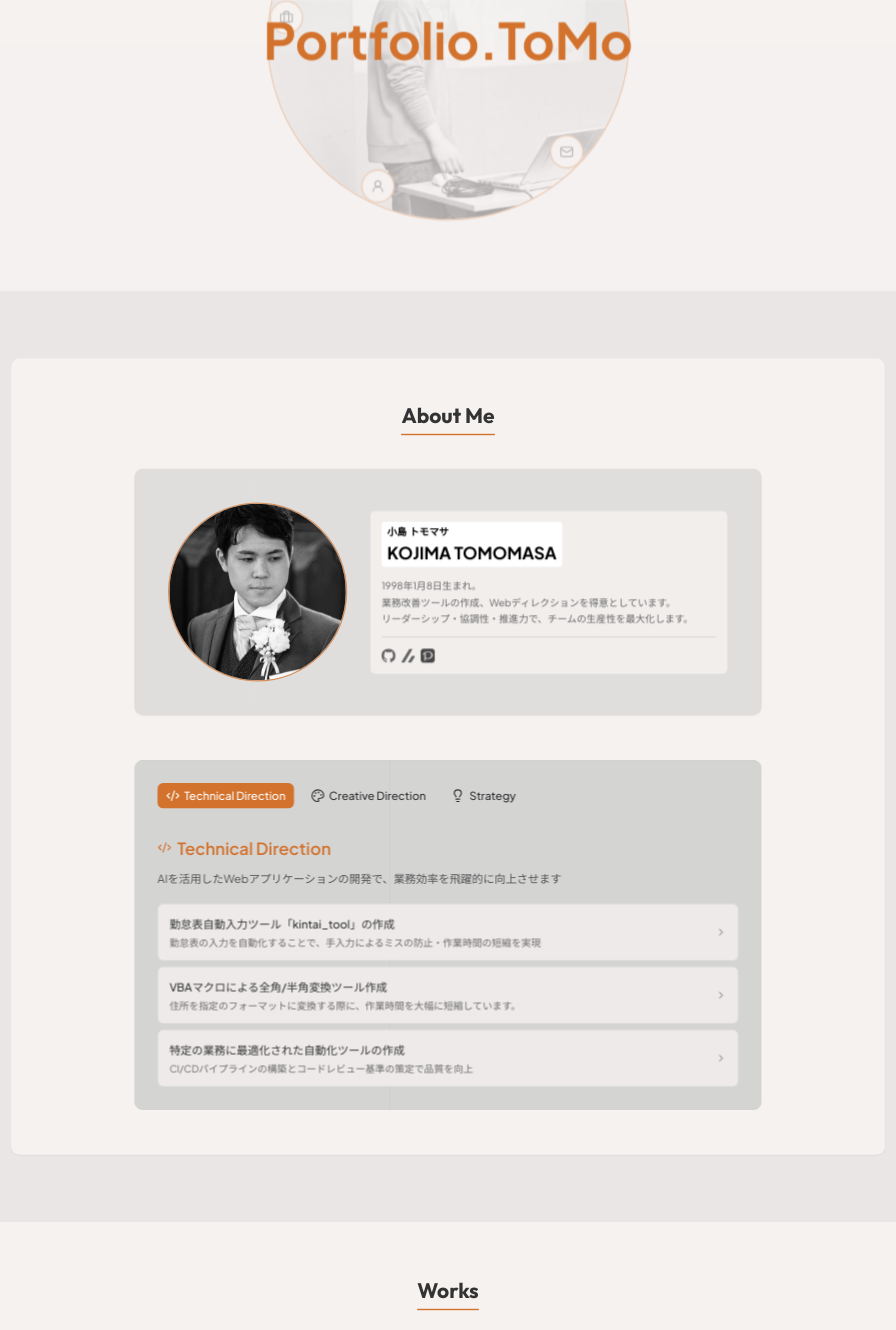
Repository: Tomo0108/portfolio_dot_tomo
Page: /
These files come from the project's save history. The page is drawn as it stood at one moment and after the next save; the edit follows.
The browser window is 1280 px wide. The pictures show the part of the page from y = 304 to 2204 px (the page is 3996 px tall before and 3976 px after), at 70% of full size.
Pictures or frames that could not be fetched are drawn as grey boxes. The page's requests for data from a server got no answer. The project was rebuilt for these pictures with package versions that can differ from the ones it lists, and the page was loaded fresh each time. The framework's server and built-in components were replaced by stand-ins that run in the browser. No one was signed in, and anything a server would have sent is missing. Also part of the build but not shown: next.config.js, components/loading-spinner.tsx.

Above is the page before, as saved 2025-03-23 16:42:23.

### app/layout.tsx
import './globals.css';
import type { Metadata } from 'next';
import { Outfit, Plus_Jakarta_Sans } from 'next/font/google';
import { ThemeProvider } from '@/components/theme-provider';
import { Toaster } from '@/components/ui/sonner';
import { Navigation } from '@/components/navigation';
import { Footer } from '@/components/footer';
import { cn } from '@/lib/utils';

const outfit = Outfit({
  subsets: ['latin'],
  variable: '--font-outfit',
});

const plusJakartaSans = Plus_Jakarta_Sans({
  subsets: ['latin'],
  variable: '--font-plus-jakarta-sans',
});

export const metadata: Metadata = {
  title: 'Portfolio | Tomo',
  description: 'Welcome to my portfolio website.',
};

export default function RootLayout({
  children,
}: {
  children: React.ReactNode;
}) {
  return (
    <html lang="en" suppressHydrationWarning>
      <body className={cn(
        outfit.variable,
        plusJakartaSans.variable,
        'min-h-screen bg-background font-sans antialiased'
      )}>
        <ThemeProvider
          attribute="class"
          defaultTheme="system"
          enableSystem
          disableTransitionOnChange
        >
          <Navigation />
          {children}
          <Footer />
          <Toaster />
        </ThemeProvider>
      </body>
    </html>
  );
}

### app/page.tsx
import { Suspense } from 'react';
import { Hero } from '@/components/sections/hero';
import { About } from '@/components/sections/about';
import { Works } from '@/components/sections/works';
import { ZennArticlesLoader } from '@/components/sections/zenn-articles-loader';
import { Gallery } from '@/components/sections/gallery';
import { Contact } from '@/components/sections/contact';
import { LoadingSpinner } from '@/components/loading-spinner';

export default function Home() {
  return (
    <div className="w-full">
      <Hero />
      <About />
      <Suspense fallback={<LoadingSpinner />}>
        <Works />
      </Suspense>
      <Suspense fallback={<LoadingSpinner />}>
        <ZennArticlesLoader />
      </Suspense>
      <Suspense fallback={<LoadingSpinner />}>
        <Gallery />
      </Suspense>
      <Contact />
    </div>
  );
}

### components/ui/sonner.tsx
'use client';

import { useTheme } from 'next-themes';
import { Toaster as Sonner } from 'sonner';

type ToasterProps = React.ComponentProps<typeof Sonner>;

const Toaster = ({ ...props }: ToasterProps) => {
  const { theme = 'system' } = useTheme();

  return (
    <Sonner
      theme={theme as ToasterProps['theme']}
      className="toaster group"
      toastOptions={{
        classNames: {
          toast:
            'group toast group-[.toaster]:bg-background group-[.toaster]:text-foreground group-[.toaster]:border-border group-[.toaster]:shadow-lg',
          description: 'group-[.toast]:text-muted-foreground',
          actionButton:
            'group-[.toast]:bg-primary group-[.toast]:text-primary-foreground',
          cancelButton:
            'group-[.toast]:bg-muted group-[.toast]:text-muted-foreground',
        },
      }}
      {...props}
    />
  );
};

export { Toaster };

### components/sections/hero.tsx
"use client";

import { motion } from 'framer-motion';
import { RotatingNav } from '../rotating-nav';

export function Hero() {
  return (
    <section className="section-hero min-h-screen flex items-center justify-center relative bg-background/80 overflow-hidden">
      <div className="relative w-[90vh] h-[90vh] max-w-[90vw] max-h-[90vw] mx-auto backdrop-blur-sm">
        <div className="absolute inset-0 flex items-center justify-center">
          <motion.div
            className="text-center space-y-8 hero-text transition-opacity duration-300 [.nav-paused_&]:opacity-50 relative z-20"
            initial={{ opacity: 0, scale: 0.9 }}
            animate={{ opacity: 1, scale: 1 }}
            transition={{ duration: 0.5 }}
          >
            <h1 className="heading-hero text-5xl md:text-6xl lg:text-7xl font-bold leading-tight">
              <span className="text-primary">Portfolio.ToMo</span>
            </h1>
          </motion.div>
        </div>
        <RotatingNav />
      </div>
    </section>
  );
}

### components/sections/zenn-articles-loader.tsx
import { fetchZennArticles } from '@/lib/zenn';
import { ZennArticles } from './zenn-articles';

export async function ZennArticlesLoader() {
  try {
    const articles = await fetchZennArticles('tomo0108');
    return <ZennArticles articles={articles} />;
  } catch (error) {
    console.error('Failed to load Zenn articles:', error);
    return <ZennArticles articles={[]} />;
  }
}

### components/sections/contact.tsx
"use client";

import { motion } from 'framer-motion';
import { Mail, MessageSquare, Send } from 'lucide-react';
import { Button } from '@/components/ui/button';
import { Input } from '@/components/ui/input';
import { Textarea } from '@/components/ui/textarea';
import { toast } from 'sonner';

export function Contact() {
  const handleSubmit = (e: React.FormEvent) => {
    e.preventDefault();
    toast.success('メッセージを送信しました！');
  };

  return (
    <section id="contact" className="py-20 bg-muted/50">
      <div className="container mx-auto px-4">
        <motion.div
          initial={{ opacity: 0, y: 20 }}
          whileInView={{ opacity: 1, y: 0 }}
          viewport={{ once: true }}
          transition={{ duration: 0.8 }}
          className="max-w-2xl mx-auto"
        >
          <h2 className="text-3xl font-bold text-center mb-12">Contact</h2>
          <form onSubmit={handleSubmit} className="space-y-6">
            <div>
              <label htmlFor="email" className="block text-sm font-medium mb-2">
                メールアドレス
              </label>
              <div className="relative">
                <Mail className="absolute left-3 top-3 h-5 w-5 text-muted-foreground" />
                <Input
                  id="email"
                  type="email"
                  placeholder="your@email.com"
                  className="pl-10"
                  required
                />
              </div>
            </div>
            <div>
              <label htmlFor="message" className="block text-sm font-medium mb-2">
                メッセージ
              </label>
              <div className="relative">
                <MessageSquare className="absolute left-3 top-3 h-5 w-5 text-muted-foreground" />
                <Textarea
                  id="message"
                  placeholder="メッセージを入力してください..."
                  className="pl-10 min-h-[150px]"
                  required
                />
              </div>
            </div>
            <Button type="submit" className="w-full">
              メッセージを送信
              <Send className="ml-2 h-4 w-4" />
            </Button>
          </form>
        </motion.div>
      </div>
    </section>
  );
}

### components/mode-toggle.tsx
"use client";

import * as React from "react";
import { Moon, Sun } from "lucide-react";
import { useTheme } from "next-themes";
import { Button } from "@/components/ui/button";

export function ModeToggle() {
  const { setTheme, theme } = useTheme();

  return (
    <Button
      variant="ghost"
      size="icon"
      onClick={() => setTheme(theme === "light" ? "dark" : "light")}
    >
      <Sun className="h-[1.2rem] w-[1.2rem] rotate-0 scale-100 transition-all dark:-rotate-90 dark:scale-0" />
      <Moon className="absolute h-[1.2rem] w-[1.2rem] rotate-90 scale-0 transition-all dark:rotate-0 dark:scale-100" />
      <span className="sr-only">Toggle theme</span>
    </Button>
  );
}

### lib/zenn.ts
interface ZennArticle {
  id: number;
  title: string;
  slug: string;
  published_at: string;
  liked_count: number;
  article_type: string;
  emoji: string;
  path: string;
}

interface ZennResponse {
  articles: ZennArticle[];
}

export async function fetchZennArticles(username: string) {
  const response = await fetch(`https://zenn.dev/api/articles?username=${username}`, {
    headers: {
      'Content-Type': 'application/json',
    },
    next: { revalidate: 3600 }, // 1時間ごとに再検証
  });

  if (!response.ok) {
    throw new Error('Failed to fetch Zenn articles');
  }

  const data: ZennResponse = await response.json();
  return data.articles.map(article => ({
    id: article.id,
    title: article.title,
    url: `https://zenn.dev${article.path}`,
    date: new Date(article.published_at).toISOString(),
    likes: article.liked_count,
    emoji: article.emoji,
  }));
}

### data/gallery.ts
export interface GalleryItem {
  id: string;
  title: string;
  description: string;
  image: string;
  details: {
    fullDescription: string;
    technologies: string[];
    images: {
      line: string;
      color: string;
      complete: string;
    };
  };
}

export const galleryItems: { [key: string]: GalleryItem } = {
  "1": {
    id: "1",
    title: "Nahida",
    description: "原神のキャラクター、ナヒーダのイラスト作品",
    image: "/gallery/genshin_nahida1.JPG",
    details: {
      fullDescription: "草神ナヒーダの優しさと知性を表現したイラスト作品です。",
      technologies: ["Procreate", "Digital Painting"],
      images: {
        line: "/gallery/genshin_nahida1_line.JPG",
        color: "/gallery/genshin_nahida1_color.JPG",
        complete: "/gallery/genshin_nahida1.JPG"
      }
    }
  },
  "2": {
    id: "2",
    title: "Nahida II",
    description: "原神のキャラクター、ナヒーダの第二イラスト作品",
    image: "/gallery/genshin_nahida2.JPG",
    details: {
      fullDescription: "草神ナヒーダの別の表情を描いた作品です。",
      technologies: ["Procreate", "Digital Painting"],
      images: {
        line: "/gallery/genshin_nahida2_line.JPG",
        color: "/gallery/genshin_nahida2_color.JPG",
        complete: "/gallery/genshin_nahida2.JPG"
      }
    }
  },
  "3": {
    id: "3",
    title: "Killua",
    description: "HUNTER×HUNTERのキャラクター、キルアのイラスト作品",
    image: "/gallery/hunterxhunter_kirua.JPG",
    details: {
      fullDescription: "キルアの少年らしい表情と強さを表現した作品です。",
      technologies: ["Procreate", "Digital Painting"],
      images: {
        line: "/gallery/hunterxhunter_kirua_line.JPG",
        color: "/gallery/hunterxhunter_kirua_color.JPG",
        complete: "/gallery/hunterxhunter_kirua.JPG"
      }
    }
  },
  "4": {
    id: "4",
    title: "Pokemon New Year [Dragon]",
    description: "ポケモンたちとのお正月をテーマにしたイラスト作品",
    image: "/gallery/pokemon_newyear.JPG",
    details: {
      fullDescription: "ポケモンたちと日本の伝統的なお正月を楽しむ様子を描いた作品です。",
      technologies: ["Procreate", "Digital Painting"],
      images: {
        line: "/gallery/pokemon_newyear_line.JPG",
        color: "/gallery/pokemon_newyear_color.JPG",
        complete: "/gallery/pokemon_newyear.JPG"
      }
    }
  },
  "5": {
    id: "5",
    title: "Pokemon Christmas",
    description: "ポケモンたちとのクリスマスをテーマにしたイラスト作品",
    image: "/gallery/pokemon-christmas.JPG",
    details: {
      fullDescription: "ポケモンたちとクリスマスを楽しむ様子を描いた作品です。",
      technologies: ["Procreate", "Digital Painting"],
      images: {
        line: "/gallery/pokemon-christmas_color_line.JPG",
        color: "/gallery/pokemon-christmas_color.JPG",
        complete: "/gallery/pokemon-christmas.JPG"
      }
    }
  }
};

### components/ui/button.tsx
import * as React from 'react';
import { Slot } from '@radix-ui/react-slot';
import { cva, type VariantProps } from 'class-variance-authority';

import { cn } from '@/lib/utils';

const buttonVariants = cva(
  'inline-flex items-center justify-center whitespace-nowrap rounded-md text-sm font-medium ring-offset-background transition-colors focus-visible:outline-none focus-visible:ring-2 focus-visible:ring-ring focus-visible:ring-offset-2 disabled:pointer-events-none disabled:opacity-50',
  {
    variants: {
      variant: {
        default: 'bg-primary text-primary-foreground hover:bg-primary/90',
        destructive:
          'bg-destructive text-destructive-foreground hover:bg-destructive/90',
        outline:
          'border border-input bg-background hover:bg-accent hover:text-accent-foreground',
        secondary:
          'bg-secondary text-secondary-foreground hover:bg-secondary/80',
        ghost: 'hover:bg-accent hover:text-accent-foreground',
        link: 'text-primary underline-offset-4 hover:underline',
      },
      size: {
        default: 'h-10 px-4 py-2',
        sm: 'h-9 rounded-md px-3',
        lg: 'h-11 rounded-md px-8',
        icon: 'h-10 w-10',
      },
    },
    defaultVariants: {
      variant: 'default',
      size: 'default',
    },
  }
);

export interface ButtonProps
  extends React.ButtonHTMLAttributes<HTMLButtonElement>,
    VariantProps<typeof buttonVariants> {
  asChild?: boolean;
}

const Button = React.forwardRef<HTMLButtonElement, ButtonProps>(
  ({ className, variant, size, asChild = false, ...props }, ref) => {
    const Comp = asChild ? Slot : 'button';
    return (
      <Comp
        className={cn(buttonVariants({ variant, size, className }))}
        ref={ref}
        {...props}
      />
    );
  }
);
Button.displayName = 'Button';

export { Button, buttonVariants };

### components/ui/input.tsx
import * as React from 'react';

import { cn } from '@/lib/utils';

export interface InputProps
  extends React.InputHTMLAttributes<HTMLInputElement> {}

const Input = React.forwardRef<HTMLInputElement, InputProps>(
  ({ className, type, ...props }, ref) => {
    return (
      <input
        type={type}
        className={cn(
          'flex h-10 w-full rounded-md border border-input bg-background px-3 py-2 text-sm ring-offset-background file:border-0 file:bg-transparent file:text-sm file:font-medium file:text-foreground placeholder:text-muted-foreground focus-visible:outline-none focus-visible:ring-2 focus-visible:ring-ring focus-visible:ring-offset-2 disabled:cursor-not-allowed disabled:opacity-50',
          className
        )}
        ref={ref}
        {...props}
      />
    );
  }
);
Input.displayName = 'Input';

export { Input };

### components/ui/textarea.tsx
import * as React from 'react';

import { cn } from '@/lib/utils';

export interface TextareaProps
  extends React.TextareaHTMLAttributes<HTMLTextAreaElement> {}

const Textarea = React.forwardRef<HTMLTextAreaElement, TextareaProps>(
  ({ className, ...props }, ref) => {
    return (
      <textarea
        className={cn(
          'flex min-h-[80px] w-full rounded-md border border-input bg-background px-3 py-2 text-sm ring-offset-background placeholder:text-muted-foreground focus-visible:outline-none focus-visible:ring-2 focus-visible:ring-ring focus-visible:ring-offset-2 disabled:cursor-not-allowed disabled:opacity-50',
          className
        )}
        ref={ref}
        {...props}
      />
    );
  }
);
Textarea.displayName = 'Textarea';

export { Textarea };

### data/skills.ts
import { Code2, Palette, Lightbulb } from 'lucide-react';
import type { LucideIcon } from 'lucide-react';

export interface Example {
  id: string;
  title: string;
  description: string;
  longDescription: string;
}

export interface Skill {
  Icon: LucideIcon;
  title: string;
  description: string;
  examples: Example[];
}

export const skills: Skill[] = [
  {
    Icon: Code2,
    title: "Technical Direction",
    description: "AIを活用したWebアプリケーションの開発で、業務効率を飛躍的に向上させます",
    examples: [
      {
        id: "tech-1",
        title: "勤怠表自動入力ツール「kintai_tool」の作成",
        description: "勤怠表の入力を自動化することで、手入力によるミスの防止・作業時間の短縮を実現",
        longDescription: "Excelマクロを使用して勤怠表の自動入力を実現。日々の勤務時間を記録したCSVファイルから、会社指定のフォーマットに沿って勤怠表を自動生成します。手入力による転記ミスを防ぎ、月末の勤怠表作成時間を90%削減しました。また、プロジェクトごとの工数集計機能も実装し、業務効率の可視化にも貢献しています。"
      },
      {
        id: "tech-2",
        title: "VBAマクロによる全角/半角変換ツール作成",
        description: "住所を指定のフォーマットに変換する際に、作業時間を大幅に短縮しています。",
        longDescription: "住所データの全角/半角変換を自動化することで、大量のデータ処理を効率化し、作業時間を大幅に削減しました。"
      },
      {
        id: "tech-3",
        title: "特定の業務に最適化された自動化ツールの作成",
        description: "CI/CDパイプラインの構築とコードレビュー基準の策定で品質を向上",
        longDescription: "詳細な技術仕様や成果についての詳細な説明をここに記載します。"
      }
    ]
  },
  {
    Icon: Palette,
    title: "Creative Direction",
    description: "デザインの提案と実装をリードし、ユーザー体験を向上させます",
    examples: [
      {
        id: "creative-1",
        title: "UXリデザインプロジェクト",
        description: "ユーザビリティテストに基づくUI改善で、コンバージョン率が25%向上",
        longDescription: "詳細な技術仕様や成果についての詳細な説明をここに記載します。"
      },
      {
        id: "creative-2",
        title: "デザインシステムの構築",
        description: "コンポーネントライブラリとガイドラインの整備で開発効率が30%改善",
        longDescription: "詳細な技術仕様や成果についての詳細な説明をここに記載します。"
      },
      {
        id: "creative-3",
        title: "ブランドアイデンティティ刷新",
        description: "一貫性のあるビジュアル表現の確立でブランド認知度が向上",
        longDescription: "詳細な技術仕様や成果についての詳細な説明をここに記載します。"
      }
    ]
  },
  {
    Icon: Lightbulb,
    title: "Strategy",
    description: "作業者の生産性向上のための戦略立案と実行をリードします",
    examples: [
      {
        id: "strategy-1",
        title: "DXコンサルティング",
        description: "業務プロセスのデジタル化で、生産性が40%向上",
        longDescription: "詳細な技術仕様や成果についての詳細な説明をここに記載します。"
      },
      {
        id: "strategy-2",
        title: "データ分析基盤の構築",
        description: "KPIモニタリングシステムの導入で、意思決定の迅速化を実現",
        longDescription: "詳細な技術仕様や成果についての詳細な説明をここに記載します。"
      },
      {
        id: "strategy-3",
        title: "プロジェクト管理改善",
        description: "アジャイル手法の導入で、開発サイクルを50%短縮",
        longDescription: "詳細な技術仕様や成果についての詳細な説明をここに記載します。"
      }
    ]
  }
];

Loaded but not shown: components/theme-provider.tsx (common file); lib/utils.ts (common file); components/sections/about.tsx (100 lines, source omitted); components/sections/gallery.tsx (142 lines, source omitted); components/rotating-nav.tsx (144 lines, source omitted); components/sections/zenn-articles.tsx (114 lines, source omitted); components/navigation.tsx (125 lines, source omitted); app/globals.css (183 lines, source omitted); components/skills-container.tsx (83 lines, source omitted); components/footer.tsx (52 lines, source omitted); tailwind.config.ts (97 lines, source omitted); components/sections/works.tsx (78 lines, source omitted)

After the next save:
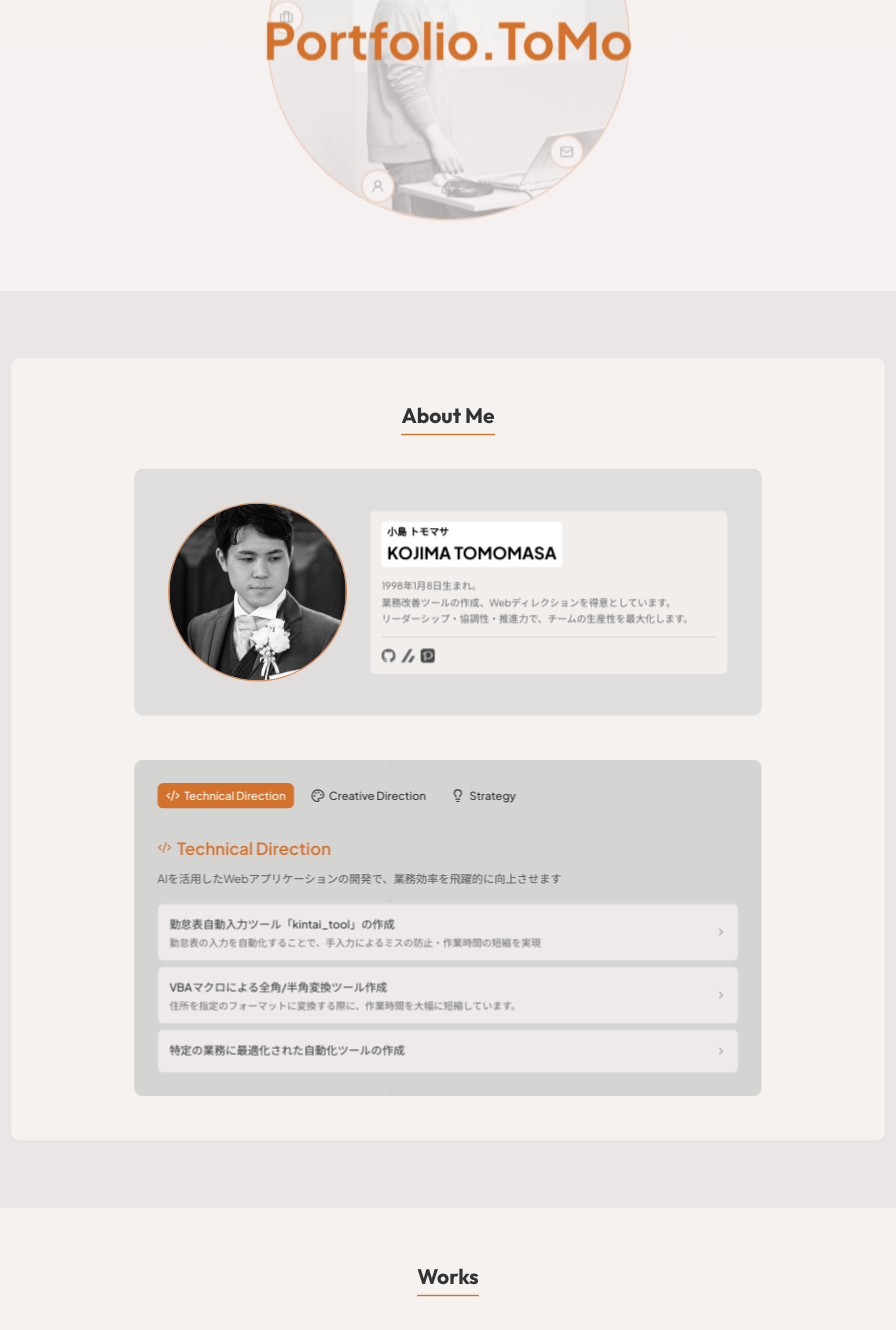
Saved 54 s later.
--- a/data/skills.ts
+++ b/data/skills.ts
@@ -36,7 +36,7 @@
       {
         id: "tech-3",
         title: "特定の業務に最適化された自動化ツールの作成",
-        description: "CI/CDパイプラインの構築とコードレビュー基準の策定で品質を向上",
+        description: "",
         longDescription: "詳細な技術仕様や成果についての詳細な説明をここに記載します。"
       }
     ]

After the save that followed:
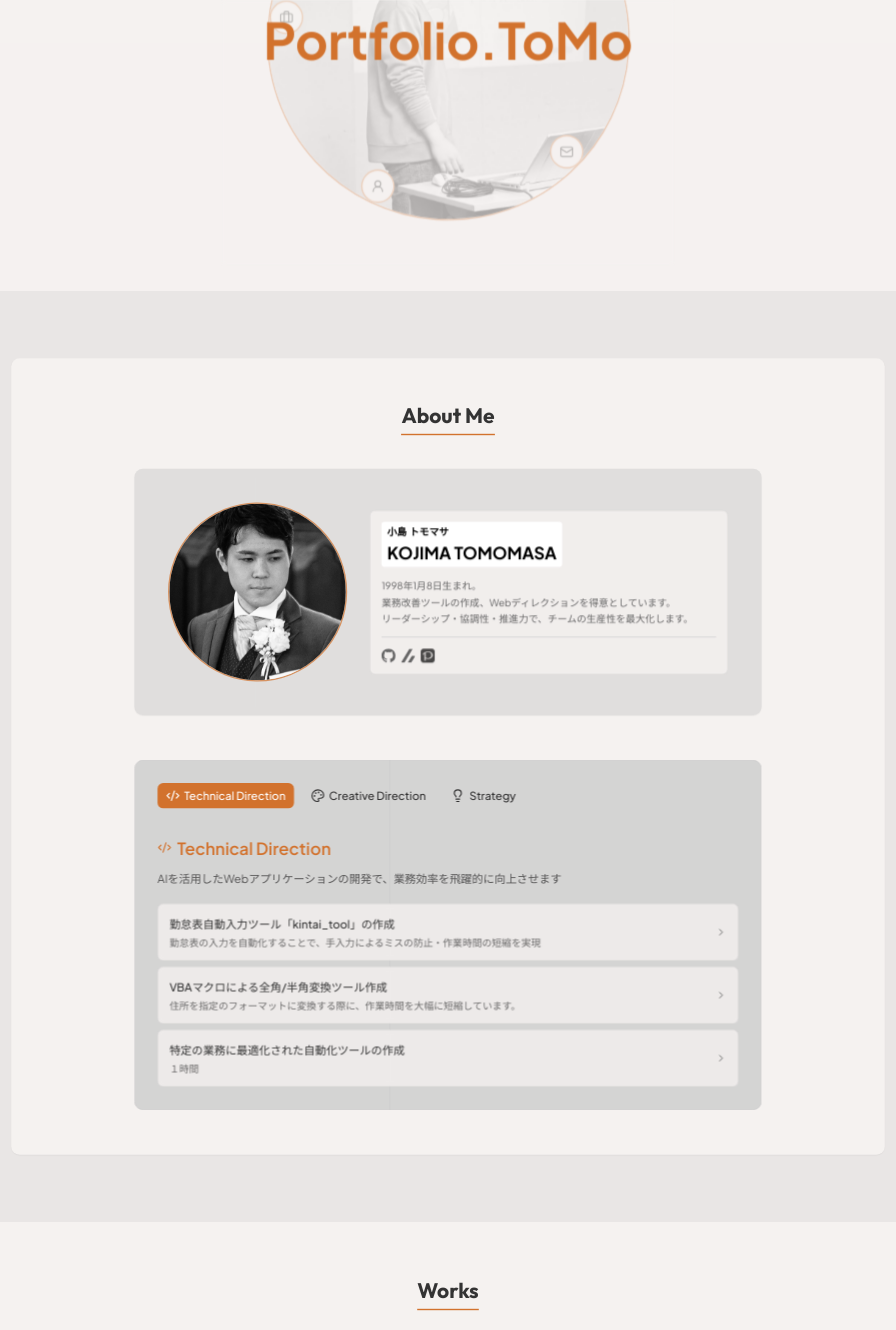
Saved 5 s later.
--- a/data/skills.ts
+++ b/data/skills.ts
@@ -36,7 +36,7 @@
       {
         id: "tech-3",
         title: "特定の業務に最適化された自動化ツールの作成",
-        description: "",
+        description: "１時間",
         longDescription: "詳細な技術仕様や成果についての詳細な説明をここに記載します。"
       }
     ]
